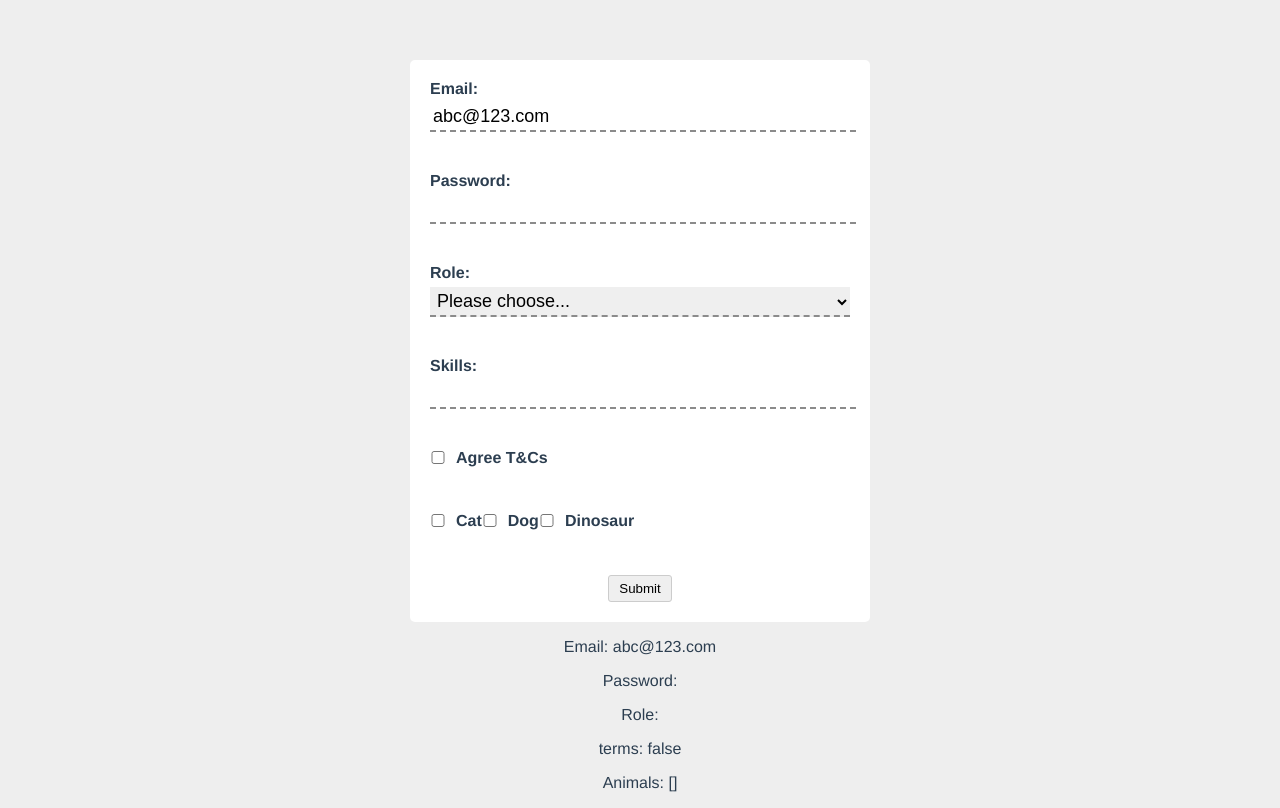
Repository: technogize/vue-forms
Page: /
The author's editor kept a copy of each file at every save. The page is drawn from the files as they stood at one save, then again after the next save.
The browser window is 1280 px wide. The pictures show the whole page.
The project was rebuilt for these pictures with package versions that can differ from the ones it lists, and the page was loaded fresh each time.

Above is the page before, as saved 2021-03-01 14:05:54.

After the next save:
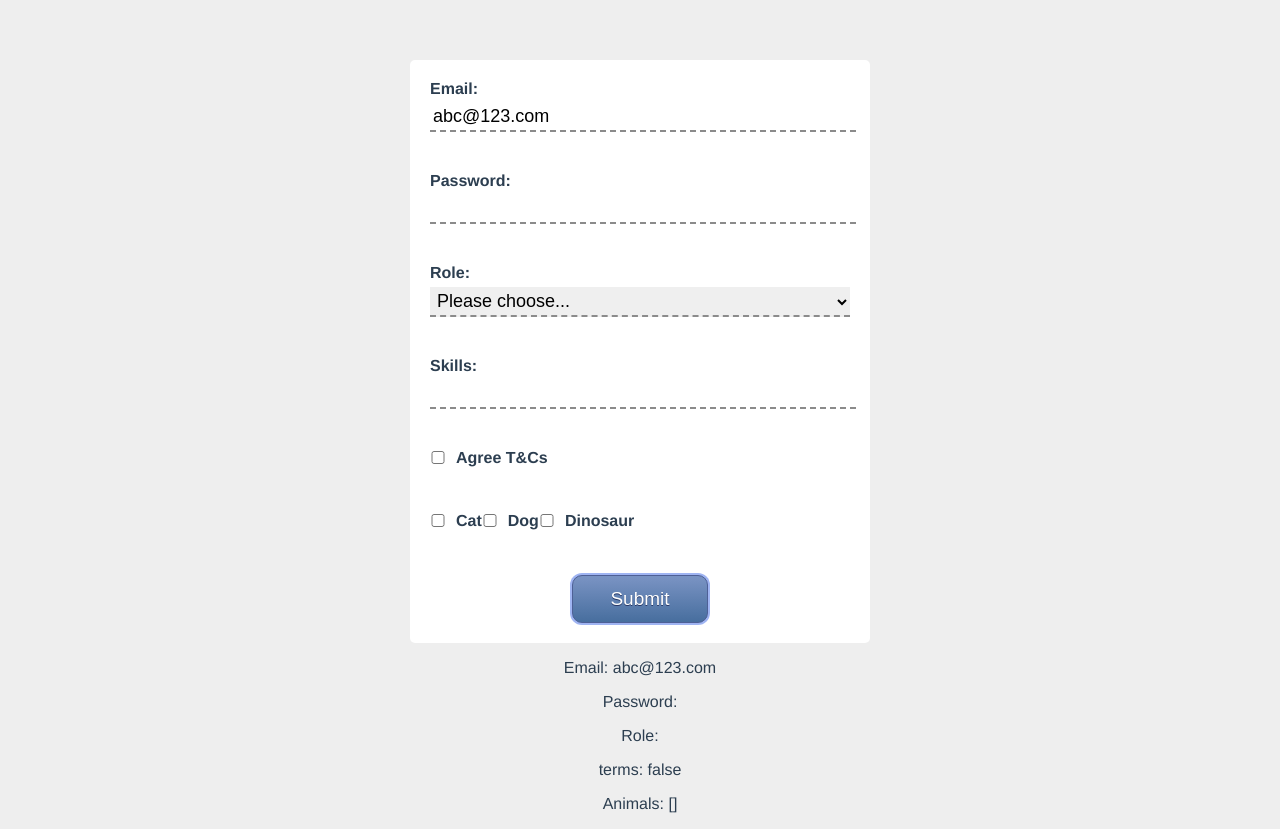
Saved 49 s later.
--- a/src/components/SignupForm.vue
+++ b/src/components/SignupForm.vue
@@ -154,10 +154,18 @@ export default {
   }
 
   .submit-button-wrapper button {
-     display: inline-block;
-  border: 1px solid #ccc;
-  padding: 5px 10px;
-  border-radius: 3px;
-  text-decoration: none;
+    box-shadow: 0px 0px 0px 2px #9fb4f2;
+    background:linear-gradient(to bottom, #7892c2 5%, #476e9e 100%);
+    background-color:#7892c2;
+    border-radius:10px;
+    border:1px solid #4e6096;
+    display:inline-block;
+    cursor:pointer;
+    color:#ffffff;
+    font-family:Arial;
+    font-size:19px;
+    padding:12px 37px;
+    text-decoration:none;
+    text-shadow:0px 1px 0px #283966;
   }
 </style>
